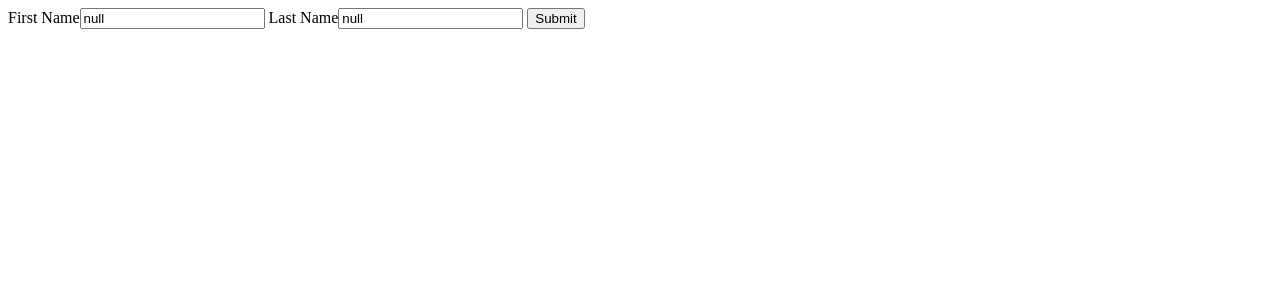
Repository: SangeethaSivasamy/ScrewSriver
Page: http://localhost/ServletProject/jsp/StudentsEnrollment.jsp
An editor plug-in stored every save of this project. The page is shown before and after the next save, followed by the edit.
The browser window is 1280 px wide. The pictures show the whole page.
The page is served by Tomcat 9. Other server files are loaded and not shown.

Above is the page before, as saved 2017-07-19 06:32:55.

### ServletProject/WebContent/jsp/StudentsEnrollment.jsp
<%@ page language="java" contentType="text/html; charset=UTF-8"
    pageEncoding="UTF-8"%>
<!DOCTYPE html PUBLIC "-//W3C//DTD HTML 4.01 Transitional//EN" "http://www.w3.org/TR/html4/loose.dtd">
<html>
<head>
<meta http-equiv="Content-Type" content="text/html; charset=UTF-8">
<title>Students Summary</title>
</head>
<body>
<form name="StudentsForm" method="post">
First Name<input type="text" name="firstName" id="firstName"  value=<%= request.getAttribute("firstName") %>>
Last Name<input type="text" name="lastName" id="lastName"  value=<%= request.getAttribute("lastName") %>>
<input type="submit" name="Submit"/>
</form>
</body>
</html>

After the next save:
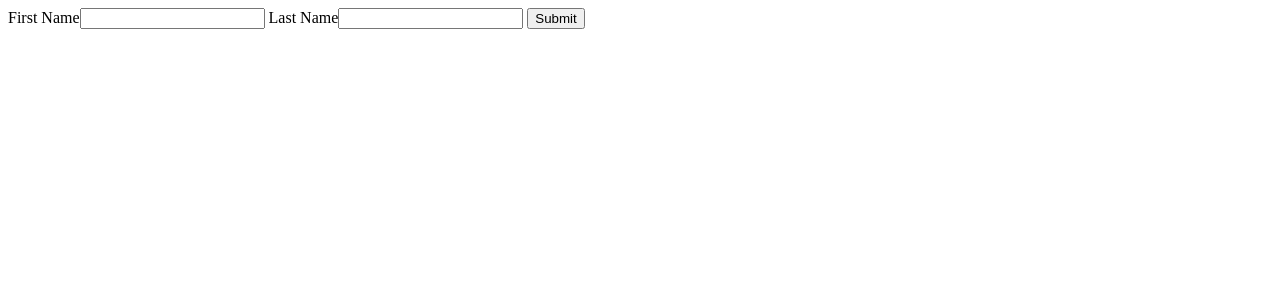
Saved 54 s later.
--- a/ServletProject/WebContent/jsp/StudentsEnrollment.jsp
+++ b/ServletProject/WebContent/jsp/StudentsEnrollment.jsp
@@ -7,9 +7,9 @@
 <title>Students Summary</title>
 </head>
 <body>
-<form name="StudentsForm" method="post">
-First Name<input type="text" name="firstName" id="firstName"  value=<%= request.getAttribute("firstName") %>>
-Last Name<input type="text" name="lastName" id="lastName"  value=<%= request.getAttribute("lastName") %>>
+<form name="StudentsEnrollForm" method="post">
+First Name<input type="text" name="firstName" id="firstName"  >
+Last Name<input type="text" name="lastName" id="lastName"  >
 <input type="submit" name="Submit"/>
 </form>
 </body>
